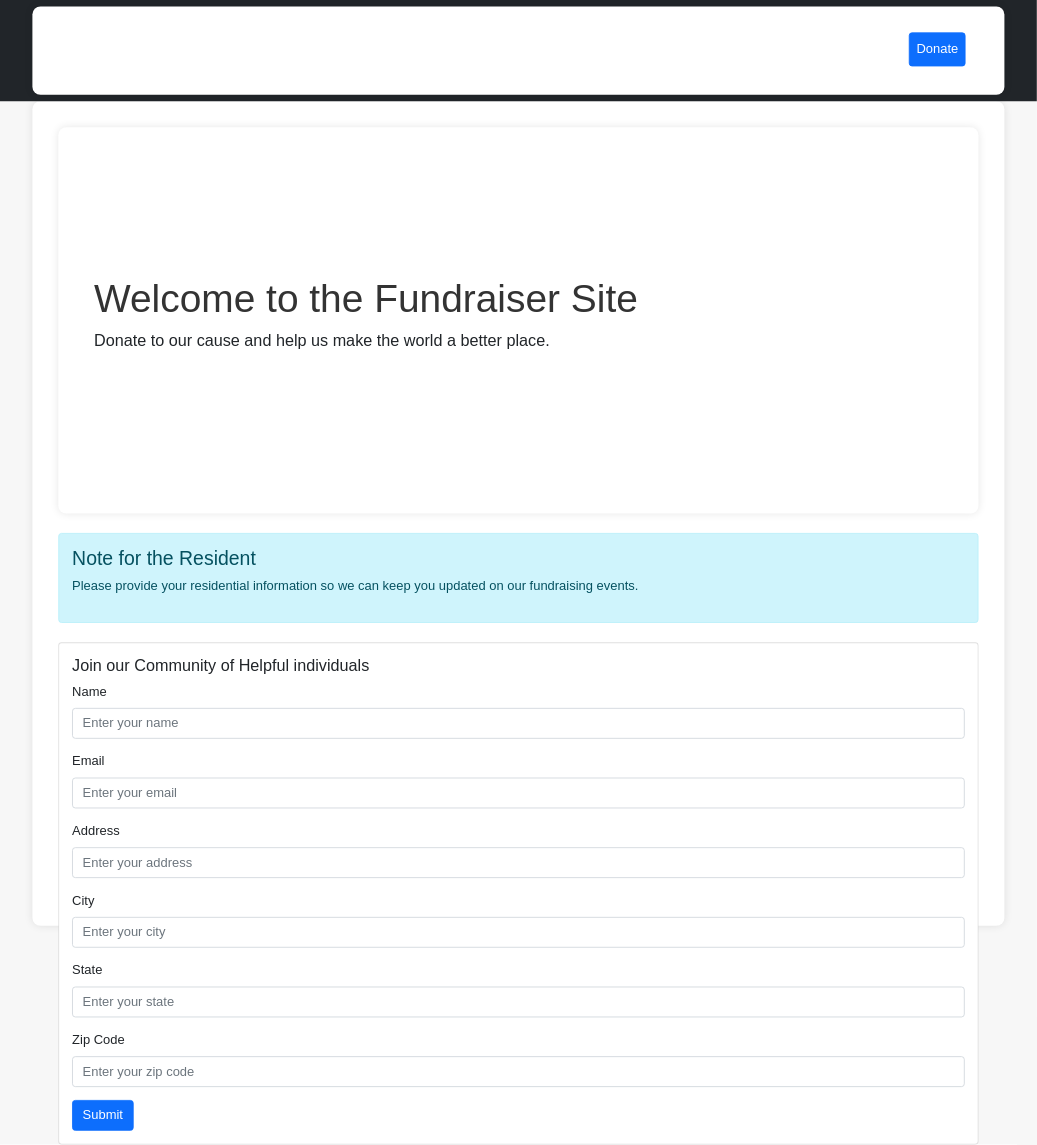
Repository: DragonFruit8/Fundraiser-Page
Page: /
The author's editor kept a copy of each file at every save. The page is drawn from the files as they stood at one save, then again after a run of saves.
The browser window is 1280 px wide. The pictures show the whole page, at 81% of full size.
The project was rebuilt for these pictures with package versions that can differ from the ones it lists, and the page was loaded fresh each time. Also part of the build but not shown: src/pages/About.js, src/pages/Donate.js, src/pages/Admin.js.

Above is the page before, as saved 2024-07-19 14:06:46.

After the next 2 saves:
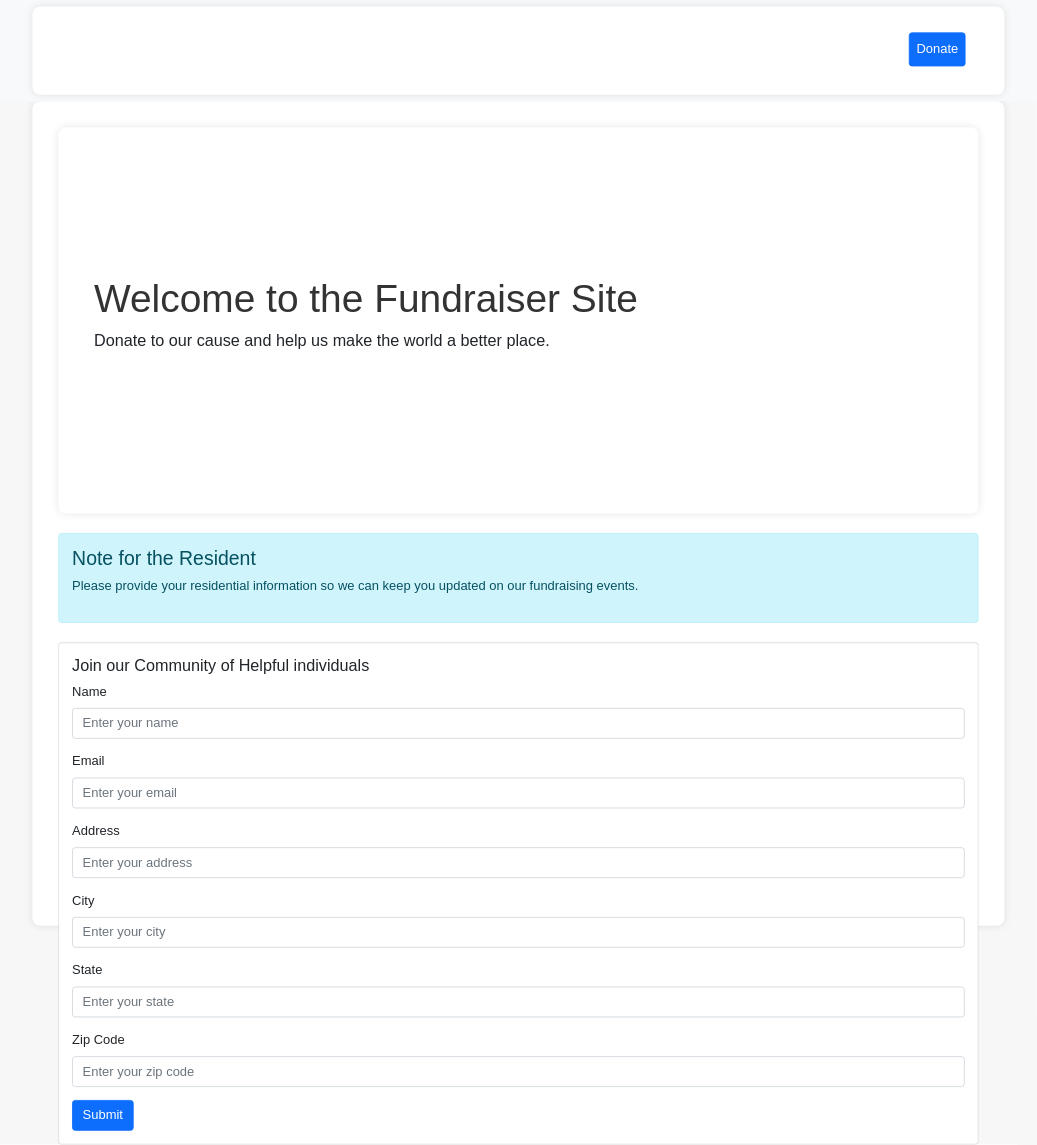
The 2 saves are shown as one change because they came seconds apart.
The last was saved 7 s later.
--- a/src/components/Navbar.js
+++ b/src/components/Navbar.js
@@ -3,7 +3,7 @@
 
 const Navbar = () => {
     return (
-        <nav className="navbar navbar-expand-lg navbar-dark bg-dark">
+        <nav className="navbar navbar-expand-lg navbar-dark bg-light">
             <div className="container">
                 <Link className="navbar-brand" to="/">Fundraiser Site</Link>
                 <button className="navbar-toggler" type="button" data-bs-toggle="collapse" data-bs-target="#navbarNav" aria-controls="navbarNav" aria-expanded="false" aria-label="Toggle navigation">

After the 2 saves that followed:
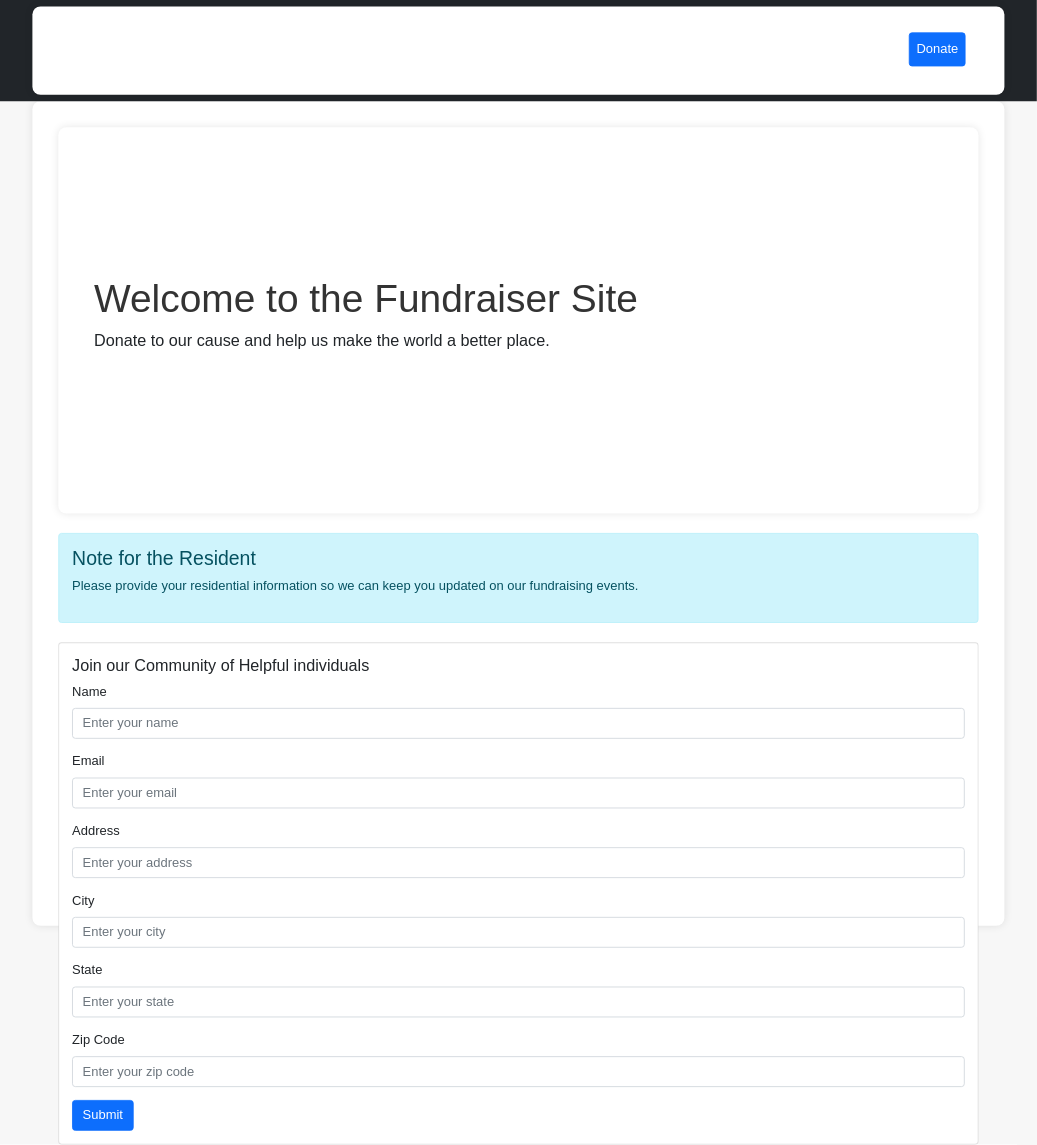
The 2 saves are shown as one change because they came seconds apart.
The last was saved 9 s later.
--- a/src/components/Navbar.js
+++ b/src/components/Navbar.js
@@ -3,7 +3,7 @@
 
 const Navbar = () => {
     return (
-        <nav className="navbar navbar-expand-lg navbar-dark bg-light">
+        <nav className="navbar navbar-expand-lg navbar-dark bg-dark text-white">
             <div className="container">
                 <Link className="navbar-brand" to="/">Fundraiser Site</Link>
                 <button className="navbar-toggler" type="button" data-bs-toggle="collapse" data-bs-target="#navbarNav" aria-controls="navbarNav" aria-expanded="false" aria-label="Toggle navigation">
